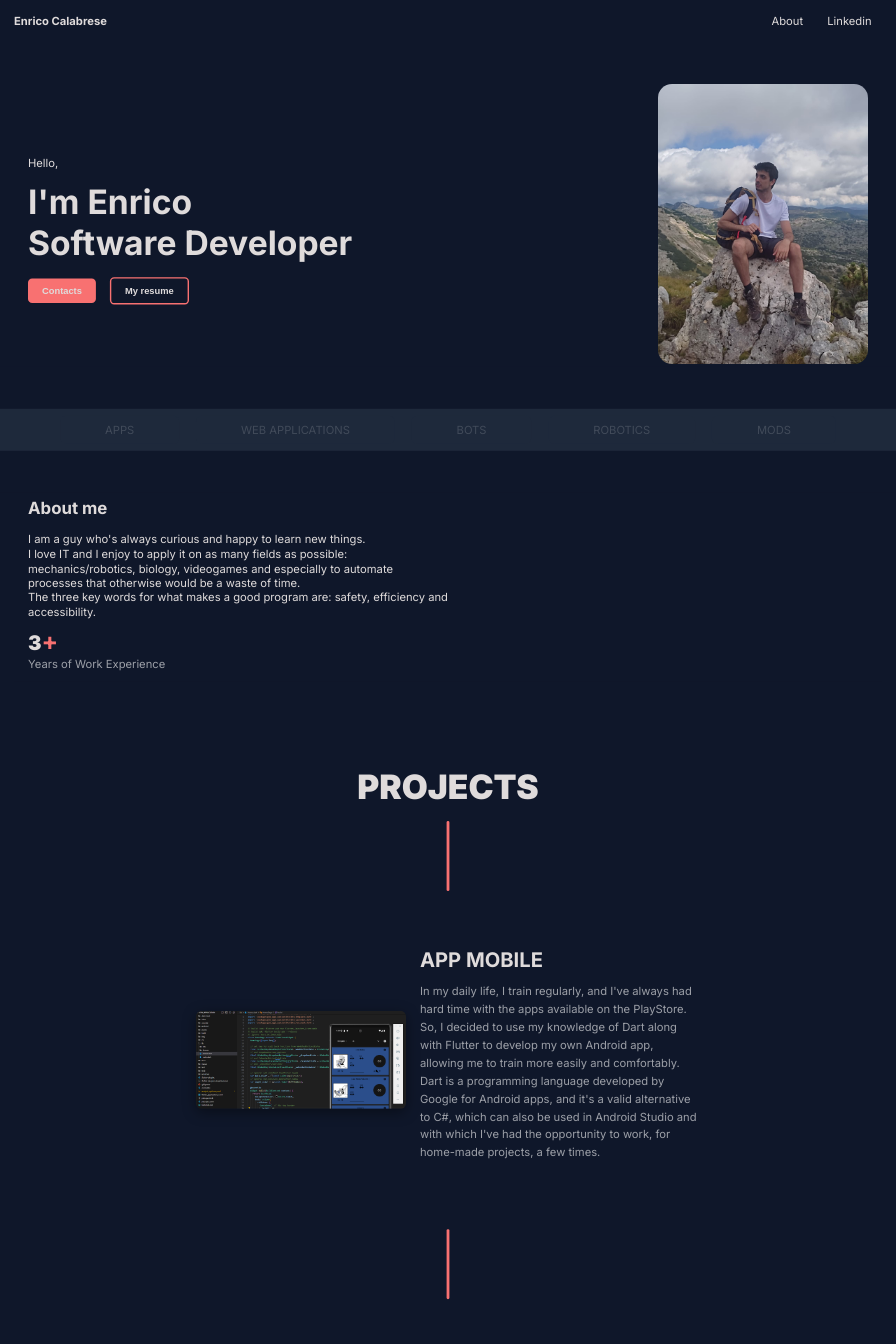
Repository: EnricoCalabrese/EnricoCalabrese.github.io
Page: index.html
An editor plug-in stored every save of this project. The page is shown before and after the next save, followed by the edit.
The browser window is 1280 px wide. The pictures show the part of the page from y = 0 to 1920 px (the page is 4182 px tall), at 70% of full size.

Above is the page before, as saved 2025-07-26 01:53:59.

### index.html
<!DOCTYPE html>
<html lang="en">
<head>
  <meta charset="UTF-8" />
  <meta name="viewport" content="width=device-width, initial-scale=1.0" />
  <title>EC - Developer portfolio</title>
  <link href="https://fonts.googleapis.com/css2?family=Inter:wght@400;700;900&display=swap" rel="stylesheet">
  <style>
    :root {
      --color-bg: #0f172a;
      --color-bg-alt: #1e293b;
      --color-primary: #f87171;
      --color-white: #dfdbdb;
      --color-white-transparent: rgba(255, 255, 255, 0.158);
      --color-white-semi: rgba(255, 255, 255, 0.589);

      --font-family: 'Inter', sans-serif;

      --space-xs: 10px;
      --space-sm: 15px;
      --space-md: 20px;
      --space-lg: 60px;
      --space-xl: 80px;

      --font-lg: 1.8rem;
      --font-xl: 3rem;
      --font-xxl: 35px;

      --radius-sm: 6px;
      --radius-md: 8px;
      --radius-lg: 20px;
    }

    body {
      margin: 0;
      font-family: var(--font-family);
      background-color: var(--color-bg);
      color: var(--color-white);
    }

    header, section {
      padding: var(--space-lg) var(--space-md);
      max-width: 1200px;
      margin: auto;
    }

    nav {
      display: flex;
      justify-content: space-between;
      align-items: center;
      padding: var(--space-md);
    }

    nav a {
      color: var(--color-white);
      margin: 0 var(--space-sm);
      text-decoration: none;
    }

    .header {
      display: flex;
      flex-wrap: wrap;
      align-items: center;
      justify-content: space-between;
    }

    .header-text {
      max-width: 500px;
    }

    .header-text h1 {
      font-size: var(--font-xl);
      margin: 0;
    }

    .buttons {
      margin-top: var(--space-md);
    }

    .buttons button {
      margin-right: var(--space-sm);
      padding: var(--space-xs) var(--space-md);
      border: none;
      border-radius: var(--radius-sm);
      cursor: pointer;
      font-weight: bold;
    }

    .btn-primary {
      background-color: var(--color-primary);
      color: var(--color-white);
    }

    .btn-primary:hover {
      color: var(--color-bg);
    }

    .btn-secondary {
      background-color: transparent;
      border: 2px solid var(--color-primary) !important;
      color: var(--color-white);
    }

    .btn-secondary:hover {
      color: var(--color-primary);
    }

    .page {
      display: none;
      position: fixed;
      z-index: 1000;
      left: 0;
      top: 0;
      width: 100%;
      height: 100%;
      overflow: auto;
      background-color: rgba(15, 23, 42, 0.9);
      font-family: var(--font-family);
    }

    .page-content {
      background-color: var(--color-bg-alt);
      margin: 10% auto;
      padding: var(--space-md);
      border-radius: var(--radius-lg);
      max-width: 400px;
      color: var(--color-white);
      box-shadow: 0 5px 20px rgba(0,0,0,0.6);
      text-align: center;
      position: relative;
    }

    .close-btn {
      color: var(--color-white);
      position: absolute;
      right: 15px;
      top: 10px;
      font-size: 28px;
      font-weight: bold;
      cursor: pointer;
    }

    .close-btn:hover {
      color: var(--color-primary);
    }

    .email-wrapper {
      margin-top: var(--space-md);
      display: flex;
      justify-content: center;
      gap: var(--space-xs);
    }

    .email-wrapper input {
      flex: 1;
      padding: var(--space-xs);
      border-radius: var(--radius-sm);
      border: none;
      background-color: var(--color-bg);
      color: var(--color-white);
      font-weight: bold;
      font-size: 1rem;
    }

    .email-wrapper button {
      background-color: var(--color-primary);
      border: none;
      border-radius: var(--radius-sm);
      color: var(--color-bg);
      cursor: pointer;
      font-weight: bold;
      padding: var(--space-xs) var(--space-md);
      transition: background-color 0.3s ease;
    }

    .email-wrapper button:hover {
      background-color: #ef4444;
    }

    .profile-img {
      width: 300px;
      border-radius: var(--radius-lg);
    }

    .skills-wrapper {
      position: relative;
      padding: var(--space-lg) 0;
      background-color: var(--color-bg);
      margin-top: -3.5rem;
    }

    .skills-wrapper::before {
      content: "";
      position: absolute;
      top: 50%;
      width: 100%;
      height: 60px;
      background-color: var(--color-bg-alt);
      transform: translateY(-50%);
      z-index: 0;
    }

    .skills {
      position: relative;
      z-index: 1;
      text-align: center;
    }

    .skills a {
      text-decoration: none;
      color: var(--color-white-transparent);
      background-color: var(--color-bg-alt);
      padding: var(--space-xs) 5%;
      border-radius: var(--radius-md);
      display: inline-block;
      margin: var(--space-xs);
      cursor: pointer;
      transition: color 0.3s ease;
    }

    .skills a:hover, .shortcuts a:hover {
      color: var(--color-primary);
    }

    .about {
      display: flex;
      flex-wrap: wrap;
      justify-content: space-between;
      align-items: center;
      padding: 0 var(--space-md);
      background-color: var(--color-bg);
      margin-top: -1%;
    }

    .about-text {
      flex: 0 0 50%;
      max-width: 600px;
    }

    .stat {
      flex: 0 0 50%;
    }

    .stat-number {
      font-size: var(--font-lg);
      font-weight: 900;
      color: var(--color-white);
      display: flex;
      align-items: baseline;
    }

    .stat-number .plus {
      color: var(--color-primary);
      font-size: var(--font-xxl);
      font-weight: 700;
      line-height: 1;
      margin-top: -2%;
    }

    .stat-text {
      color: var(--color-white-semi);
      margin-top: 2px;
    }

    .projects-section {
      padding: var(--space-xl) var(--space-md);
      text-align: center;
      position: relative;
    }

    .projects-title {
      font-size: var(--font-xl);
      color: var(--color-white);
      margin-bottom: var(--space-md);
      font-weight: 900;
    }

    .vertical-divider {
      width: 4px;
      height: 100px;
      background-color: var(--color-primary);
      margin: 0 auto var(--space-xl);
      border-radius: 2px;
    }

    .project-block {
      display: flex;
      align-items: center;
      justify-content: center;
      margin: var(--space-xl) auto;
      max-width: 900px;
      gap: var(--space-md);
      flex-wrap: wrap;
      flex-direction: row;
    }

    .project-img {
      width: 300px;
      border-radius: var(--radius-md);
      box-shadow: 0 5px 20px rgba(0,0,0,0.4);
    }

    .project-description {
      max-width: 400px;
      text-align: left;
    }

    .project-description h3 {
      font-size: var(--font-lg);
      color: var(--color-white);
      margin: 0 0 var(--space-xs);
    }

    .project-description p {
      color: var(--color-white-semi);
      line-height: 1.6;
    }

    .simple-text {
      line-height: 1.3;
    }

    footer {
      text-align: center;
      padding: var(--space-md);
      background-color: var(--color-bg-alt);
    }

    #image-container {
        display: block;
        position: fixed;
        z-index: 1500;
        left: 0;
        top: 0;
        width: 100%;
        height: 100%;
        background-color: rgba(15, 23, 42, 0.95);
        display: flex;
        justify-content: center;
        align-items: center;
        cursor: zoom-out;
      }

    #image-container .page-content {
      background: none;
      box-shadow: none;
      max-width: 90%;
      max-height: 90%;
      padding: 0;
      position: relative;
      display: flex;
      justify-content: center;
      align-items: center;
    }

    #image-container img {
      max-width: 100%;
      max-height: 100%;
      border-radius: var(--radius-lg);
      pointer-events: none;
    }

    #ref {
      display: block;
      position: relative;
      top: -80px;
      visibility: hidden;
      height: 0;
      width: 0;
      overflow: hidden;
    }
  </style>
</head>
<body>
  <nav>
    <div><strong>Enrico Calabrese</strong></div>
    <div class="shortcuts">
      <a href="#about" class="scroll-link">About</a>
      <a href="https://www.linkedin.com/in/enrico-calabrese-4961b4376/">Linkedin</a>
    </div>
  </nav>

  <header class="header">
    <div class="header-text">
      <p>Hello,</p>
      <h1>I'm Enrico<br><strong>Software Developer</strong></h1>
      <div class="buttons">
        <button class="btn-primary" id="contacts">Contacts</button>
        <button class="btn-secondary" id="myresume">My resume</button>
      </div>
    </div>
    <img src="source/profile.jpg" alt="photo" class="profile-img" onerror="this.style.display='none'">
  </header>

  <div id="contact-page" class="page">
    <div class="page-content">
      <span class="close-btn">&times;</span>
      <h2>Contact Me</h2>
      <p>Email:</p>
      <div class="email-wrapper">
        <input type="text" id="email" readonly value="enricocalabrese21@gmail.com" />
        <button id="copy-email">Copy</button>
      </div>
      <p id="copy-message" style="color: var(--color-primary); display: none;">Copied to clipboard!</p>
    </div>
  </div>

  <div class="skills-wrapper">
    <div class="skills">
      <a href="#app" class="scroll-link">APPS</a>
      <a href="#web" class="scroll-link">WEB APPLICATIONS</a>
      <a href="#bots" class="scroll-link">BOTS</a>
      <a href="#robots" class="scroll-link">ROBOTICS</a>
      <a href="#mods" class="scroll-link">MODS</a>
    </div>
  </div>
  <span id="ref"></span>

  <section id="about" class="about">
    <div class="about-text">
      <h2>About me</h2>
      <p class="simple-text">
        I am a guy who's always curious and happy to learn new things.<br>
        I love IT and I enjoy to apply it on as many fields as possible: mechanics/robotics, biology, videogames and especially to automate processes that otherwise would be a waste of time.<br>
        The three key words for what makes a good program are: safety, efficiency and accessibility.
      </p>
      <div class="stat">
        <div class="stat-number"><span class="plus">+</span></div>
        <p class="stat-text">Years of Work Experience</p>
      </div>
    </div>
  </section>

  <section class="projects-section">
    <h2 class="projects-title">PROJECTS</h2>
    <div class="vertical-divider"></div>

    <div class="project-block">
      <img src="source/project1.png" alt="Project 1" class="project-img" onerror="this.style.display='none'">
      <div class="project-description" id="app">
        <h3>APP MOBILE</h3>
        <p>In my daily life, I train regularly, and I've always had hard time with the apps available on the PlayStore.
          So, I decided to use my knowledge of Dart along with Flutter to develop my own Android app, allowing me to train more easily and comfortably.
            Dart is a programming language developed by Google for Android apps, and it's a valid alternative to C#, which can also be used in Android Studio
            and with which I've had the opportunity to work, for home-made projects, a few times.</p>
      </div>
    </div>
    <div class="vertical-divider"></div>

    <div class="project-block">
      <div class="project-description" id="web">
        <h3>WEB APPLICATIONS</h3>
        <p>The image on the side shows an example of an application I built using HTML, JavaScript, and CSS, all of which I learned on my own.
          It's a Chrome extension that I developed to make and receive API calls in order to compile a specific module directly from the browser on a website.
          It retrieves information from the current web page and uses it to populate the necessary fields for the module.</p>
      </div>
      <img src="source/project2.png" alt="Project 2" class="project-img" onerror="this.style.display='none'">
    </div>
    <div class="vertical-divider"></div>

    <div class="project-block">
      <img src="source/project3.png" alt="Project 3" class="project-img" onerror="this.style.display='none'">
      <div class="project-description" id="bots">
        <h3>PYTHON-BASED BOTS</h3>
        <p>Python is one of the best and most versatile programming languages available today, and it's excellent for creating bots.
          The image on the side shows a Discord bot I created. Discord is a free communication app used to chat and hang out with your favorite creators, communities, and friends.
            The bot I made to allows users, through simple commands in the chat, to play the game "Blood on the Clocktower" with others in a voice channel.
            This game is a more complex version of the famous game Werewolf (Italian: Lupus in Fabula).
            Using Python, I also created a Telegram bot in order to remotely manage a machine that I set up as a hosting server.
        </p>
      </div>
    </div>
    <div class="vertical-divider"></div>

    <div class="project-block">
      <div class="project-description" id="robots">
        <h3>ROBOTICS & AUTOMATION</h3>
        <p>Since high school, I've always had an interest in automation, and I find it super fun to animate robots and apply computer science to something that can moves.
          A few years ago, I took on the challenge of building a drone from scratch and programming it in C++. I developed calculation functions which, thanks to the input from various sensors,
          were able to determine the necessary speed for each individual motor to stabilize the drone through the appropriate output signals.
        </p>
      </div>
      <img src="source/project4.png" alt="Project 4" class="project-img" onerror="this.style.display='none'">
    </div>
    <div class="vertical-divider"></div>

    <div class="project-block">
      <img src="source/project5.png" alt="Project 5" class="project-img" onerror="this.style.display='none'">
      <div class="project-description" id="mods">
        <h3>VIDEOGAMES MODS</h3>
        <p>Programming a video game mod is a great way to develop both technical and creative skills. It allows you to improve your coding abilities, and understand the architecture of complex systems.
            Modding combines passion and practice, which is why I started programming, first with Java and later with .mcfunction, to create mods and datapacks for the game Minecraft.
        </p>
      </div>
    </div>
  </section>

  <div id="image-container" class="page">
    <div class="page-content">
      <img id="zoomed-img" src="" alt="zoomed" />
    </div>
  </div>

  <footer>
  </footer>

  <script>
    // manage image zoom
    const zoomed = document.getElementById('image-container');
    document.querySelectorAll('.project-img').forEach(img => {
      img.addEventListener('click', () => {
        document.getElementById('zoomed-img').src = img.src;
        zoomed.style.display = 'flex';
      });
    });

    zoomed.addEventListener('click', (e) => { // on click out of the page
      if (e.target === zoomed) {
        zoomed.style.display = 'none';
      }
    });

    window.onload = () => {
      zoomed.style.display = 'none';
    };

    // manage new window contacts
    const page = document.getElementById('contact-page');
    const emailInput = document.getElementById('email');
    const copyMessage = document.getElementById('copy-message');

    document.getElementById('contacts').addEventListener('click', () => {
      page.style.display = 'block';
      copyMessage.style.display = 'none';
    });

    page.querySelector('.close-btn').addEventListener('click', () => {
      page.style.display = 'none';
    });

    window.addEventListener('click', (e) => { // on click out of the page
      if (e.target === page) {
        page.style.display = 'none';
      }
    });

    document.getElementById('copy-email').addEventListener('click', () => {
      emailInput.select();
      emailInput.setSelectionRange(0, 99999);
      try {
        // use document.execCommand for broader browser support in iFrames
        const successful = document.execCommand('copy');
        if (successful) {
          copyMessage.style.display = 'block';
          setTimeout(() => copyMessage.style.display = 'none', 2000);
        }
      } catch (err) {
        console.error('Failed to copy email: ', err);
      }
    });

    // auto scroll the page to the top when open
    window.onbeforeunload = function () {
      window.scrollTo(0, 0);
    };

    // scroll page on center when click a link, normal href set the page on top
    document.querySelectorAll('.scroll-link').forEach(link => {
      link.addEventListener('click', function(e) {
        e.preventDefault();
        const targetId = this.getAttribute('href').substring(1);
        const targetElem = document.getElementById(targetId);
        if (targetElem) {
          const elemRect = targetElem.getBoundingClientRect();
          const maxElemTop = window.pageYOffset + elemRect.top;
          const middle = maxElemTop - (window.innerHeight / 2) + (elemRect.height / 2);

          window.scrollTo({
            top: middle,
            behavior: 'smooth'
          });
        }
      });
    });

    // setup experience years based on current year
    const statNum = document.querySelector('.stat-number');
    if (statNum) {
      const startDate = new Date('2021-09-27');
      const now = new Date();
      const diffYears = (now - startDate) / (1000 * 60 * 60 * 24 * 365.25);
      const roundedYears = Math.floor(diffYears);
      statNum.innerHTML = `${roundedYears}<span class="plus">+</span>`;
    }

    // link to resume when click "my resume" button
    document.getElementById('myresume').addEventListener('click', function () {
      const link = document.createElement('a');
      link.href = 'source/resume.pdf';
      link.download = 'Enrico-Calabrese-Resume.pdf';
      document.body.appendChild(link);
      link.click();
      document.body.removeChild(link);
    });
  </script>
</body>
</html>

After the next save:
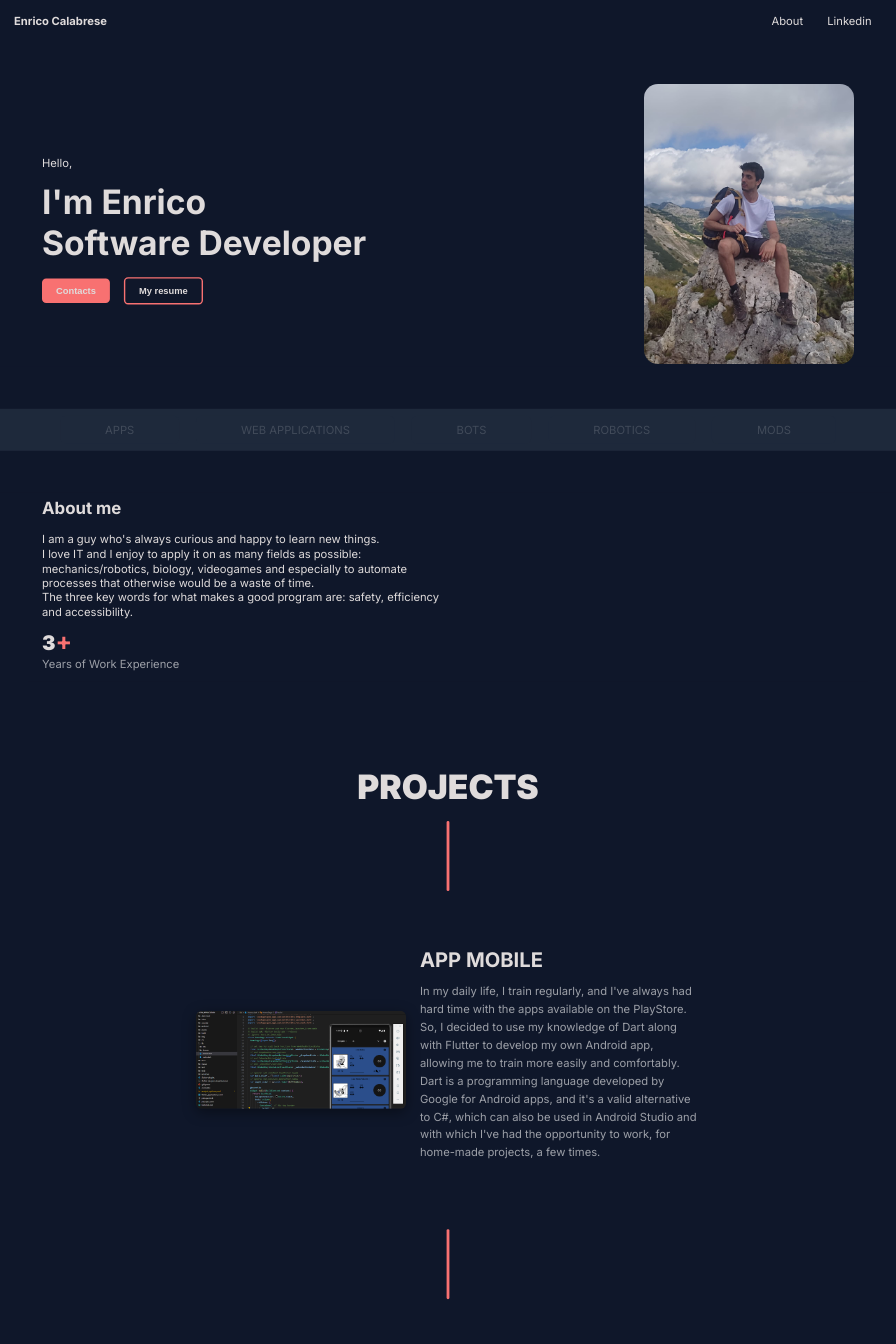
Saved 7 h 15 min later.
--- a/index.html
+++ b/index.html
@@ -1,3 +1,5 @@
+<!DOCTYPE html>
+<html lang="en">
 <!DOCTYPE html>
 <html lang="en">
 <head>
@@ -6,6 +8,10 @@
   <title>EC - Developer portfolio</title>
   <link href="https://fonts.googleapis.com/css2?family=Inter:wght@400;700;900&display=swap" rel="stylesheet">
   <style>
+    * {
+      box-sizing: border-box;
+    }
+
     :root {
       --color-bg: #0f172a;
       --color-bg-alt: #1e293b;
@@ -36,6 +42,7 @@
       font-family: var(--font-family);
       background-color: var(--color-bg);
       color: var(--color-white);
+      word-wrap: break-word;
     }
 
     header, section {
@@ -327,19 +334,19 @@
     }
 
     #image-container {
-        display: block;
-        position: fixed;
-        z-index: 1500;
-        left: 0;
-        top: 0;
-        width: 100%;
-        height: 100%;
-        background-color: rgba(15, 23, 42, 0.95);
-        display: flex;
-        justify-content: center;
-        align-items: center;
-        cursor: zoom-out;
-      }
+      display: block;
+      position: fixed;
+      z-index: 1500;
+      left: 0;
+      top: 0;
+      width: 100%;
+      height: 100%;
+      background-color: rgba(15, 23, 42, 0.95);
+      display: flex;
+      justify-content: center;
+      align-items: center;
+      cursor: zoom-out;
+    }
 
     #image-container .page-content {
       background: none;
@@ -368,6 +375,74 @@
       height: 0;
       width: 0;
       overflow: hidden;
+    }
+
+    /* MOBILE RESPONSIVE */
+    @media (max-width: 768px) {
+      nav {
+        flex-direction: column;
+        align-items: flex-start;
+      }
+
+      .header {
+        flex-direction: column;
+        align-items: center;
+        text-align: center;
+      }
+
+      .header-text {
+        max-width: 100%;
+      }
+
+      .buttons {
+        display: flex;
+        flex-direction: column;
+        align-items: center;
+      }
+
+      .buttons button {
+        margin-bottom: var(--space-xs);
+        width: 80%;
+      }
+
+      .profile-img {
+        width: 80%;
+        margin-top: var(--space-md);
+      }
+
+      .about {
+        flex-direction: column;
+        align-items: flex-start;
+        gap: var(--space-md);
+      }
+
+      .about-text, .stat {
+        flex: 1 1 100%;
+        max-width: 100%;
+      }
+
+      .project-block {
+        flex-direction: column !important;
+        text-align: center;
+      }
+
+      .project-description {
+        max-width: 100%;
+      }
+
+      .project-img {
+        width: 90%;
+      }
+
+      .email-wrapper {
+        flex-direction: column;
+        gap: var(--space-xs);
+      }
+
+      .email-wrapper input,
+      .email-wrapper button {
+        width: 100%;
+      }
     }
   </style>
 </head>
